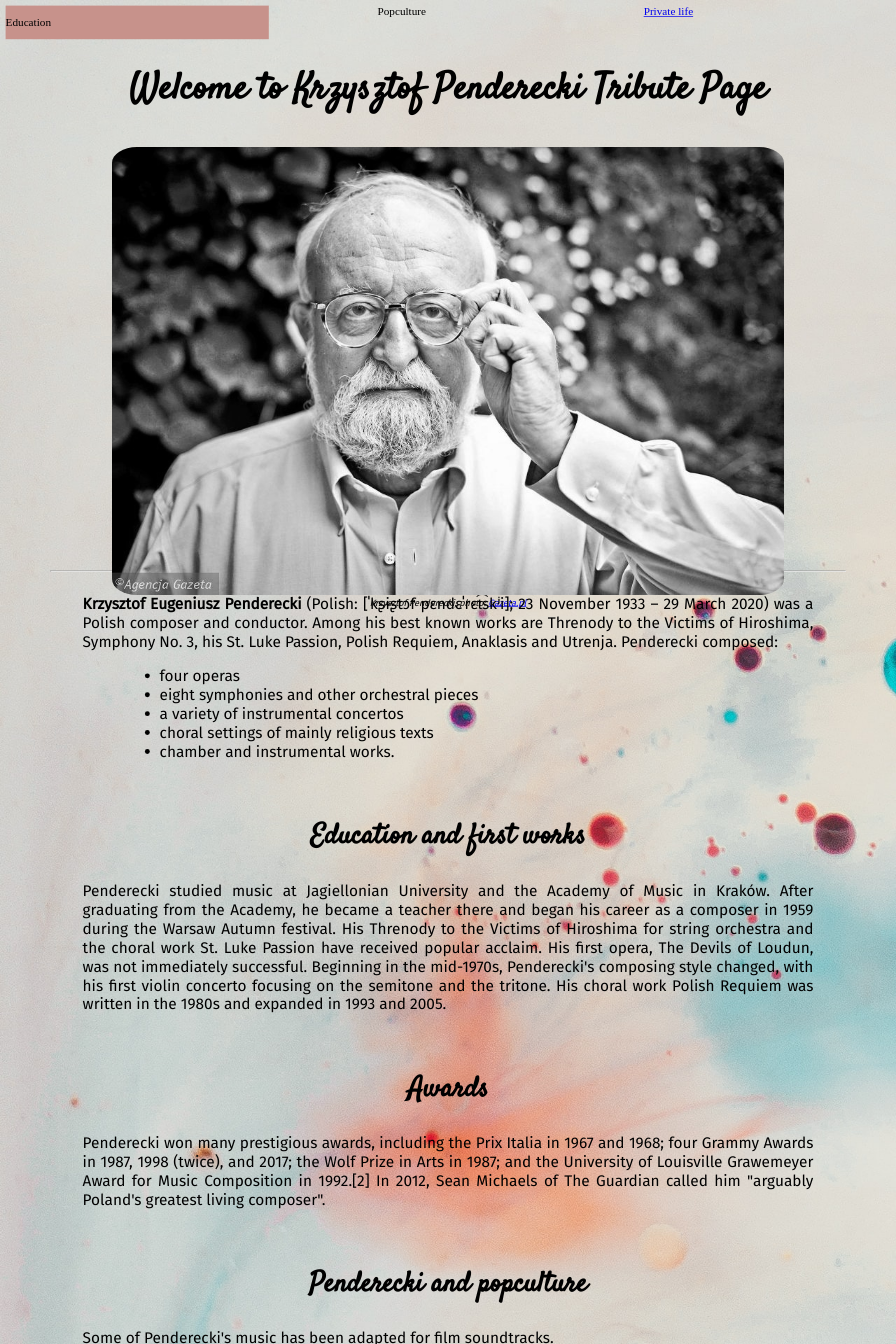
Repository: justynke/tribute_page
Page: index.html
The author's editor kept a copy of each file at every save. The page is drawn from the files as they stood at one save, then again after the next save.
The browser window is 1280 px wide. The pictures show the part of the page from y = 0 to 1920 px (the page is 3501 px tall), at 70% of full size.

Above is the page before, as saved 2020-04-23 22:44:17.

### index.html
<!DOCTYPE html>
<html lang = "pl-PL">
<head>
    <link href="https://fonts.googleapis.com/css2?family=Satisfy&display=swap" rel="stylesheet">
    <link href="https://fonts.googleapis.com/css2?family=Fira+Sans&display=swap" rel="stylesheet">

    <link rel="stylesheet" type="text/css" href="styles.css">
    <title>Krzysztof Penderecki Tribute Page</title>
</head>
<body id = "main">
    <div id = "nav">
        <div id = "edu""><div>Education</div></div>
        <div id = "pop">Popculture</div>
        <div id = "priv"><a href = "#private">Private life</a></div>
    </div>
    <h1 id = "title">Welcome to Krzysztof Penderecki Tribute Page</h1>
    <div id = "img-div">
        <figure>
            <img id = "image" src = "images/penderecki_01.jpg" alt = "Krzysztof Penderecki">
            <figcaption id = "img-caption">Krzysztof Penderecki, photo: <a href = "http://gazeta.pl">Gazeta.pl</a></figcaption>
        </figure>
    </div>

    <hr>
<div id = "tribute-info">
    <p>
        <b>Krzysztof Eugeniusz Penderecki</b> (Polish: [ˈkʂɨʂtɔf pɛndɛˈrɛt͡skʲi]; 23 November 1933 – 29 March 2020) was a Polish composer and conductor. Among his best known works are Threnody to the Victims of Hiroshima, Symphony No. 3, his St. Luke Passion, Polish Requiem, Anaklasis and Utrenja. Penderecki composed:
        <ul>
            <li>four operas</li>
            <li>eight symphonies and other orchestral pieces</li>
            <li>a variety of instrumental concertos</li>
            <li>choral settings of mainly religious texts</li>
            <li>chamber and instrumental works.</li>
        </ul>
    </p>

    <h2>Education and first works</h2>
    <p>Penderecki studied music at Jagiellonian University and the Academy of Music in Kraków. After graduating from the Academy, he became a teacher there and began his career as a composer in 1959 during the Warsaw Autumn festival. His Threnody to the Victims of Hiroshima for string orchestra and the choral work St. Luke Passion have received popular acclaim. His first opera, The Devils of Loudun, was not immediately successful. Beginning in the mid-1970s, Penderecki's composing style changed, with his first violin concerto focusing on the semitone and the tritone. His choral work Polish Requiem was written in the 1980s and expanded in 1993 and 2005.</p>

    <h2>Awards</h2>
    <p>Penderecki won many prestigious awards, including the Prix Italia in 1967 and 1968; four Grammy Awards in 1987, 1998 (twice), and 2017; the Wolf Prize in Arts in 1987; and the University of Louisville Grawemeyer Award for Music Composition in 1992.[2] In 2012, Sean Michaels of The Guardian called him "arguably Poland's greatest living composer".</p>

<h2>Penderecki and popculture</h2>
<p>Some of Penderecki's music has been adapted for film soundtracks.</p>
    <h3>The Exorcist (1973)</h3>
    <p>features his String Quartet and Kanon For Orchestra and Tape; fragments of the Cello Concerto and The Devils of Loudun. Writing about The Exorcist, the film critic for The New Republic wrote that "even the music is faultless, most of it by Krzysztof Penderecki, who at last is where he belongs."</p>
    <h3>The Shining (1980)</h3>
    <p> features six pieces of Penderecki's music:[1] Utrenja II: Ewangelia, Utrenja II: Kanon Paschy, The Awakening of Jacob, De Natura Sonoris No. 1, De Natura Sonoris No. 2 and Polymorphia.</p>
    <h3>David Lynch has used Penderecki's music in following films:</h3>
    <ol>
        <li>Wild at Heart (1990)</li>
        <li>Inland Empire (2006)</li>
        <li>TV series Twin Peaks (2017)</li>
    </ol>
    <h3>Fearless (1993) by Peter Weir</h3>
    <p>Rhe piece Polymorphia was once again used here for an intense plane crash scene, seen from the point of view of the passenger played by Jeff Bridges. </p>

    <h3>Children of Men (2006)</h3>
     <p>Threnody for the Victims of Hiroshima was also used during one of the final sequences in the film. Penderecki composed music for Andrzej Wajda's 2007 Academy Award nominated film Katyń, while Martin Scorsese's Shutter Island (2010) featured his Symphony No. 3 and Fluorescences.

        <h3>Popular music</h3>
    <p>Some of Penderecki's oeuvre inspired Jonny Greenwood of Radiohead to release an album, which thereafter appeared in his score for There Will Be Blood, a 2007 Paul Thomas Anderson film.</p>

    <h2 id = "private">Private life</h2>
    <p>Penderecki had three children, first a daughter Beata with pianist Barbara Penderecka (née Graca; married 1954, then divorced). He then had a son Łukasz (b. 1966) and daughter Dominika (b. 1971) with his second wife, Elżbieta Penderecka (née Solecka), whom he married on 19 December 1965. He lived in the Kraków suburb of Wola Justowska.</p>

    <h2>More information</h2>
        <p>You can easily gain more information about Krzysztof Penderecki on the Internet. The first source you can use is of course <a href = "https://en.wikipedia.org/wiki/Krzysztof_Penderecki" target="_blank" id = "tribute-link">Wikipedia.</a> Feel free to read a little bit more about him and maybe to enjoy his contemporary music?</p>
    </div>
    <script src="https://cdn.freecodecamp.org/testable-projects-fcc/v1/bundle.js"></script>

</body>
</html>

### styles.css
body {
    background-image: url(images/background.jpg);
}

h1 {
    text-align: center;
    font-family: Satisfy;
    font-size: 52px;
    margin-bottom: 0.8em;
}

h2 {
    font-family: Satisfy;
    font-size: 40px;
    margin-top: 2em;
    text-align: center;
}

h3 {
    font-family: Satisfy;
    font-size: 30px;
    text-align: center;
    font-weight: 250;
}

#img-div {
    height: 45vw;
    width: 80vw;
    margin: auto;
}

figure {
    display: block;
    max-width: 100%;
    max-height: 100%;
    height: auto;
    margin: auto;
}

#image {
    filter: gray; /* IE6-9 */
    -webkit-filter: grayscale(1); /* Google Chrome, Safari 6+ & Opera 15+ */
    filter: grayscale(1);
    border-style: solid;
    border-color: transparent;
    border-radius: 4%;
    display: block;
    margin: auto;
    max-width: 100%;
    max-height: 100%;
    height: auto;
}


#image:hover {
    filter: grayscale(0);
}

figcaption {
    font-family: 'Fira Sans', sans-serif;;
    text-align: center;
    font-style: italic;
    font-size: small;
    font-weight: 100;
}


hr {
    margin-top: 2em;
    margin-bottom: 2em;
    margin-left: 4em;
    margin-right: 4em;
}

p {
    padding-left: 5em;
    padding-right: 5em;
    font-family: 'Fira Sans', sans-serif;
    font-size: 22px;
    text-align: justify;
}

ul {
    padding-left: 10em;
    font-family: 'Fira Sans', sans-serif;
    font-size: 22px;
}

ol {
    padding-left: 10em;
    font-family: 'Fira Sans', sans-serif;
    font-size: 22px;
}

#nav {
    display: flex;
    justify-content: space-evenly;
    width: 90%;
    height: 3em;
}

#edu {
    display: flex;
    background-color: #c7928b;
    flex-grow: 1;
    text-align: center;
    align-items: center;
    justify-items: center;
}

#pop {
    flex-grow: 1;
    text-align: center;
}

#priv {
    flex-grow: 1;
    text-align: center;
}

After the next save:
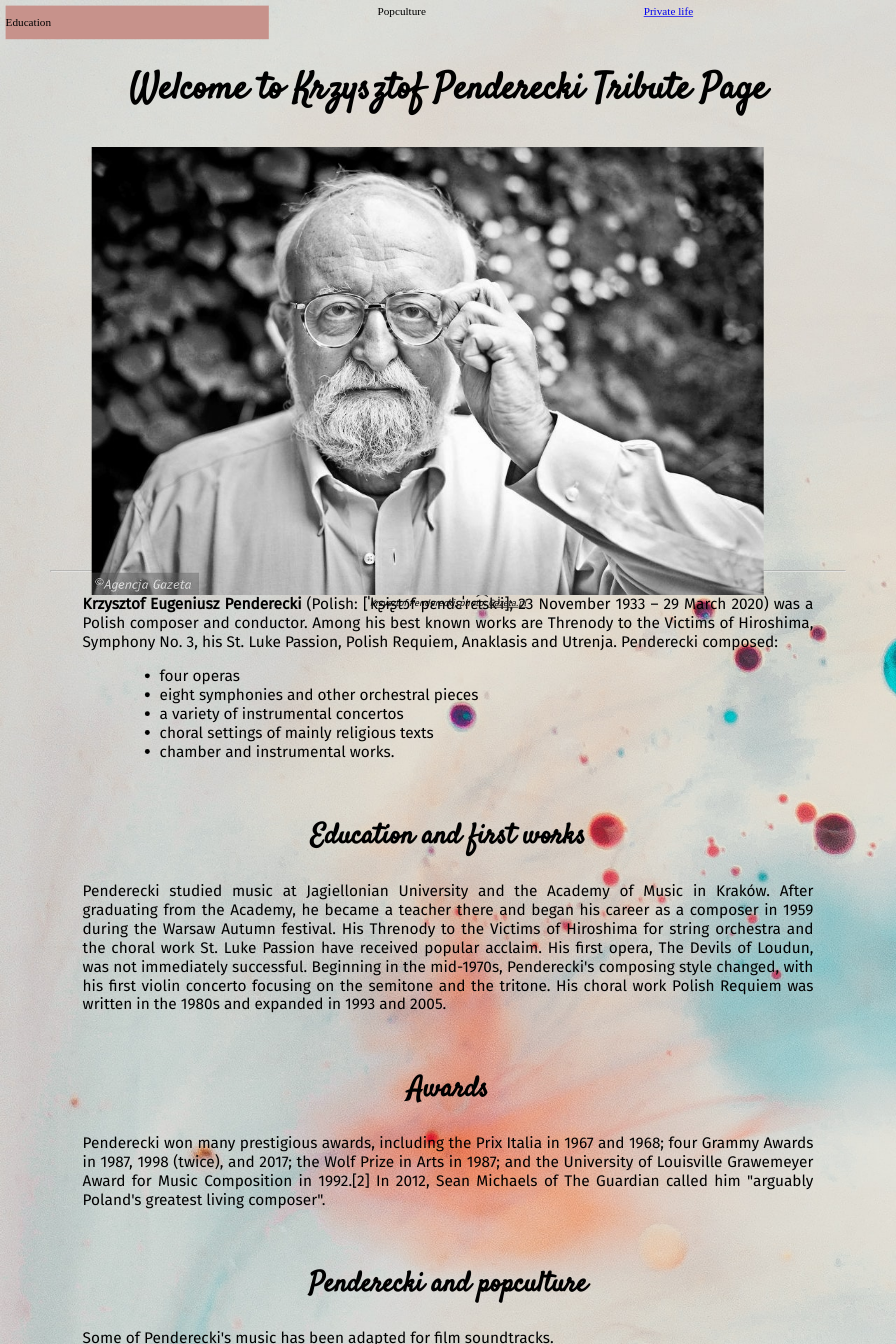
Saved 3 min 25 s later.
--- a/styles.css
+++ b/styles.css
@@ -29,15 +29,8 @@
     margin: auto;
 }
 
+
 figure {
-    display: block;
-    max-width: 100%;
-    max-height: 100%;
-    height: auto;
-    margin: auto;
-}
-
-#image {
     filter: gray; /* IE6-9 */
     -webkit-filter: grayscale(1); /* Google Chrome, Safari 6+ & Opera 15+ */
     filter: grayscale(1);
